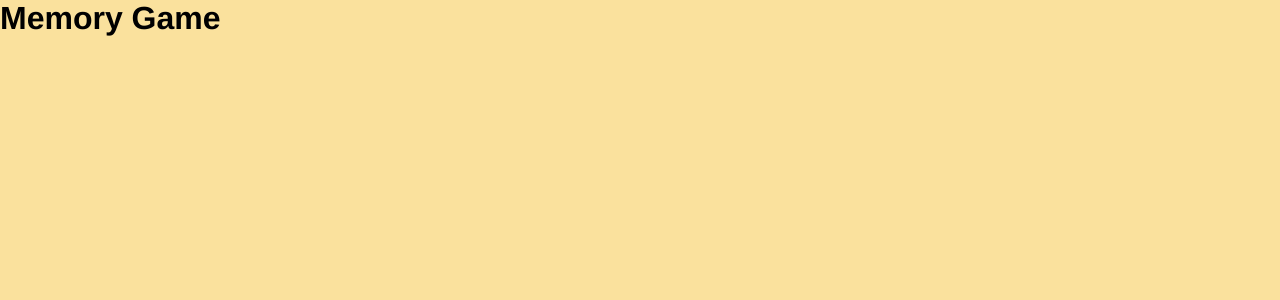
Repository: Ellisvelandia/memory-game
Page: /
The author's editor kept a copy of each file at every save. The page is drawn from the files as they stood at one save, then again after the next save.
The browser window is 1280 px wide. The pictures show the whole page.
The project was rebuilt for these pictures with package versions that can differ from the ones it lists, and the page was loaded fresh each time.

Above is the page before, as saved 2022-09-03 21:06:12.

### src/index.css
* {
  margin: 0;
  padding: 0;
}

html , body {
  height: 100%;
}

body {
  font-family: 'Franklin Gothic Medium', 'Arial Narrow', Arial, sans-serif;
  background-color: #fae19d;
}

### src/App.js

function App() {
  return (
    <div className="App">
     <h1>Memory Game</h1>
     <div className="container"></div>
    </div>
  );
}

export default App;

Loaded but not shown: public/index.html (common file); src/index.js (common file)

After the next save:
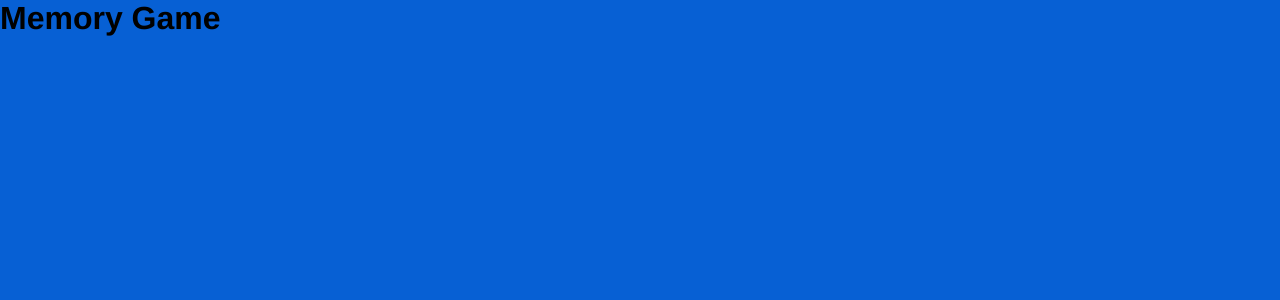
Saved 6 s later.
--- a/src/index.css
+++ b/src/index.css
@@ -9,5 +9,5 @@ html , body {
 
 body {
   font-family: 'Franklin Gothic Medium', 'Arial Narrow', Arial, sans-serif;
-  background-color: #fae19d;
+  background-color: #0760d4;
 }
